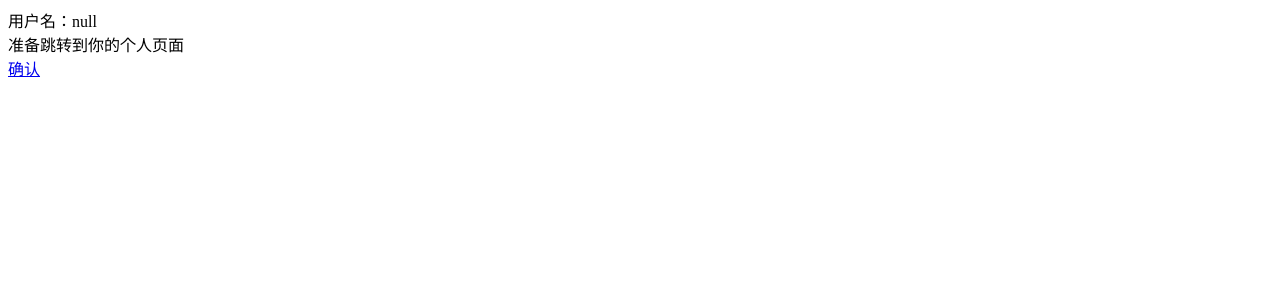
Repository: Cute-abacus/MyfirstJavaApp
Page: http://localhost/RegisterSy/学生登陆判定结果.jsp
These files come from the project's save history. The page is drawn as it stood at one moment and after the next save; the edit follows.
The browser window is 1280 px wide. The pictures show the whole page.
The page is served by Tomcat 9.

Above is the page before, as saved 2018-06-08 07:05:39.

After the next save:
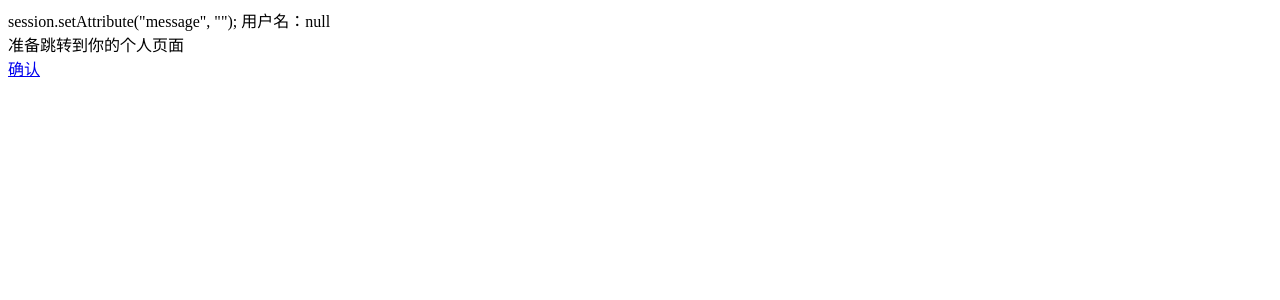
Saved 7 min 14 s later.
--- a/Web项目/RegisterSy/WebContent/学生登陆判定结果.jsp
+++ b/Web项目/RegisterSy/WebContent/学生登陆判定结果.jsp
@@ -9,6 +9,19 @@
 </head>
 <body>
 	<% request.setCharacterEncoding("utf-8");%>
+
+<%
+    String mess=(String)session.getAttribute("message");
+    if("".equals(mess)  && mess==null){
+
+    }else{%>
+    <script type="text/javascript">
+        alert("<%=mess%>");
+	</script>
+
+    session.setAttribute("message", "");
+<% }%>
+
 
 	<%
 String username,password;
